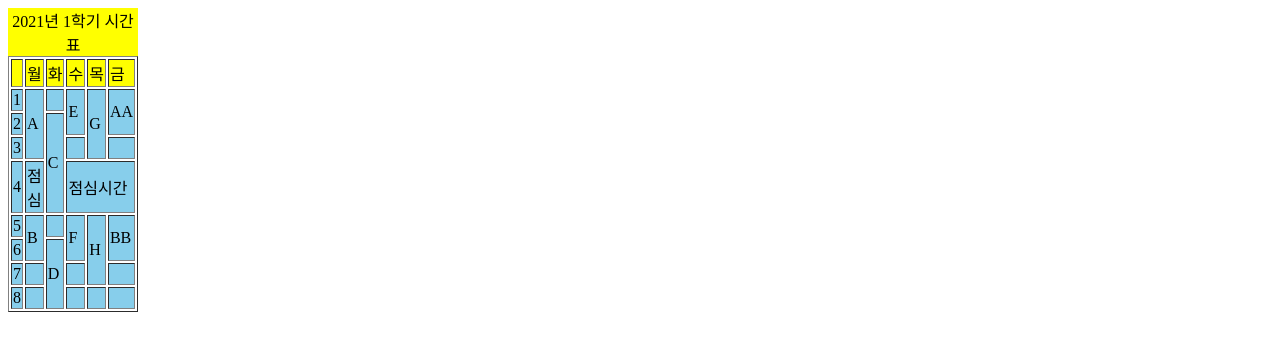
Repository: o-ddong/JSP
Page: ch1_html/WebContent/hello.html
An editor plug-in stored every save of this project. The page is shown before and after the next save, followed by the edit.
The browser window is 1280 px wide. The pictures show the whole page.

Above is the page before, as saved 2021-03-03 06:02:12.

### ch1_html/WebContent/hello.html
<!DOCTYPE html>
<html>
<head>
<meta charset="EUC-KR">
<title>Insert title here</title>
<style type = "text/css">
	.back_y{background-color:yellow;}
	.back_b{background-color:skyblue}
</style>
</head>
<body>

<table border="1"; width=100;>
	<caption class=back_y>2021년 1학기 시간표</caption>
	<tr class=back_y>
		<td></td>
		<td>월</td>
		<td>화</td>
		<td>수</td>
		<td>목</td>
		<td>금</td>
	</tr>
	<tr class=back_b>
		<td>1</td>
		<td rowspan=3>A</td>
		<td></td>
		<td rowspan=2>E</td>
		<td rowspan=3>G</td>
		<td rowspan=2>AA</td>
	</tr>
	<tr class=back_b>
		<td>2</td>
		<td rowspan=3>C</td>
	</tr>
	<tr class=back_b>
		<td>3</td>
		<td></td>
		<td></td>
	</tr>
	<tr class=back_b>
		<td>4</td>
		<td>점심</td>
		<td colspan=3>점심시간</td>
	</tr>
	<tr class=back_b>
		<td>5</td>
		<td rowspan=2>B</td>
		<td></td>
		<td rowspan=2>F</td>
		<td rowspan=3>H</td>
		<td rowspan=2>BB</td>
	</tr>
	<tr class=back_b>
		<td>6</td>
		<td rowspan=3>D</td>
	</tr>
	<tr class=back_b>
		<td>7</td>
		<td></td>
		<td></td>
		<td></td>
	</tr>
	<tr class=back_b>
		<td>8</td>
		<td></td>
		<td></td>
		<td></td>
		<td></td>
	</tr>
</table>

</body>
</html>

After the next save:
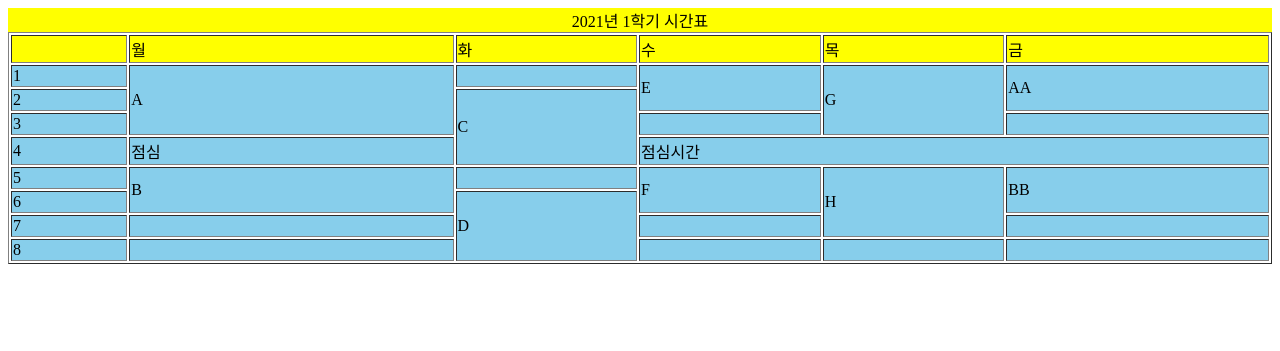
Saved 14 s later.
--- a/ch1_html/WebContent/hello.html
+++ b/ch1_html/WebContent/hello.html
@@ -10,7 +10,7 @@
 </head>
 <body>
 
-<table border="1"; width=100;>
+<table border="1"; width=100%;>
 	<caption class=back_y>2021년 1학기 시간표</caption>
 	<tr class=back_y>
 		<td></td>
